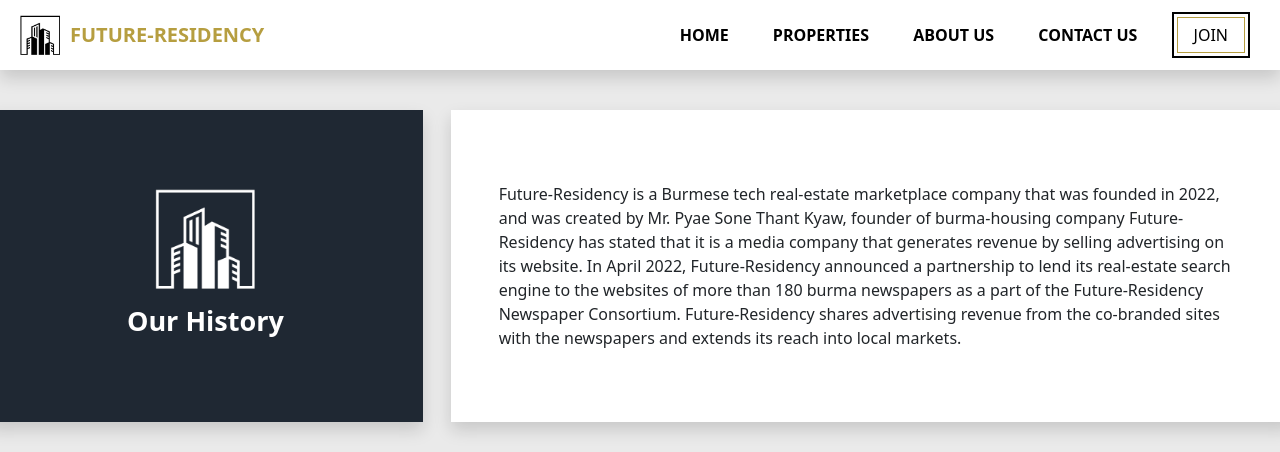
Repository: pyaestk/Future-residency
Page: aboutUs.html
An editor plug-in stored every save of this project. The page is shown before and after the next save, followed by the edit.
The browser window is 1280 px wide. The pictures show the part of the page from y = 0 to 452 px (the page is 1565 px tall).
A picture or video elsewhere on the page could not be fetched, so the positions and the page height are approximate.

Above is the page before, as saved 2022-12-07 15:38:35.

After the next save:
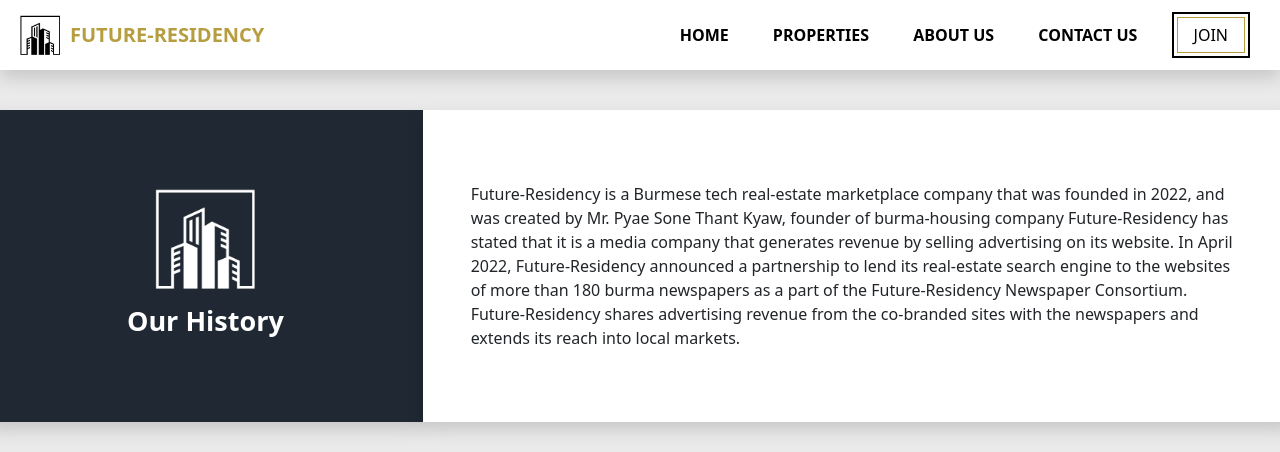
Saved 27 s later.
--- a/aboutUs.html
+++ b/aboutUs.html
@@ -65,7 +65,7 @@
       </div>
 
       <div class="col-md-8 d-flex align-items-center">
-        <div class="row history bg-white shadow py-5 ms-3">
+        <div class="row history bg-white shadow py-5">
           <div class="col-md-12 py-4 px-5">
             <span class="text-dark">Future-Residency is a Burmese tech real-estate marketplace company that was founded in 2022,
                 and was created by Mr. Pyae Sone Thant Kyaw, founder of burma-housing company Future-Residency has stated

After the save that followed:
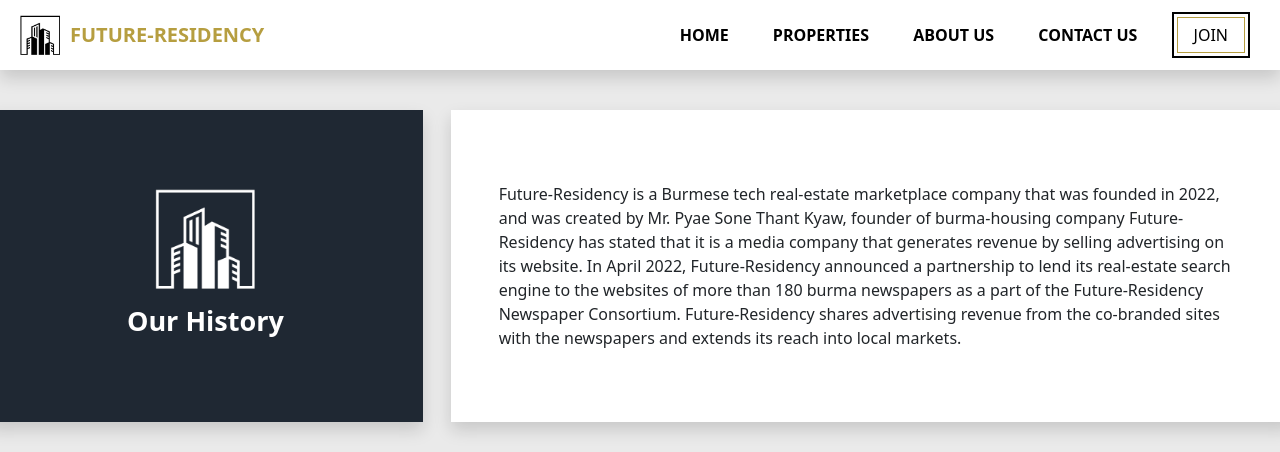
Saved 18 s later.
--- a/aboutUs.html
+++ b/aboutUs.html
@@ -65,7 +65,7 @@
       </div>
 
       <div class="col-md-8 d-flex align-items-center">
-        <div class="row history bg-white shadow py-5">
+        <div class="row history bg-white shadow py-5 ms-3">
           <div class="col-md-12 py-4 px-5">
             <span class="text-dark">Future-Residency is a Burmese tech real-estate marketplace company that was founded in 2022,
                 and was created by Mr. Pyae Sone Thant Kyaw, founder of burma-housing company Future-Residency has stated
